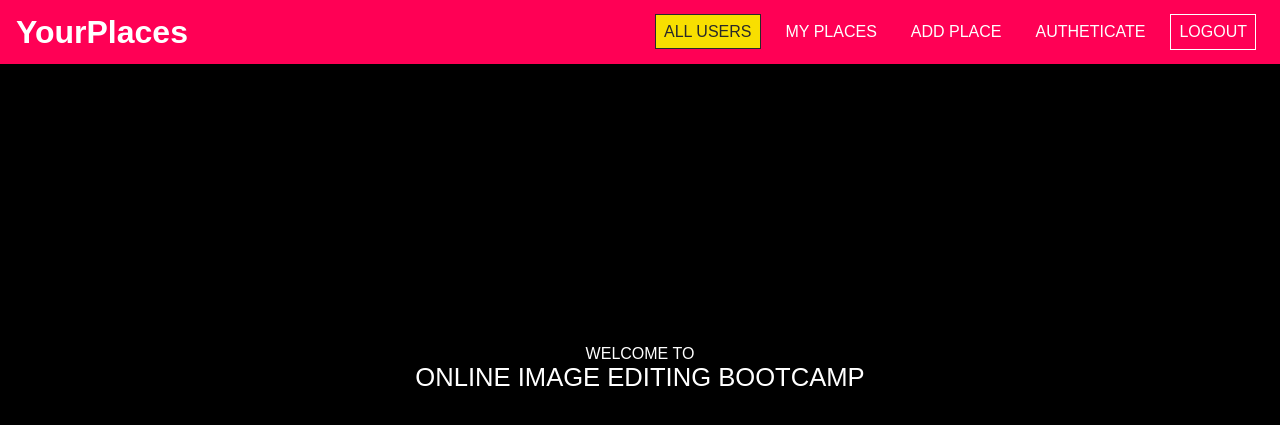
Repository: TanviSanyal/ImageEditingBootcamp
Page: /
These files come from the project's save history. The page is drawn as it stood at one moment and after the next save; the edit follows.
The browser window is 1280 px wide. The pictures show the whole page.
The project was rebuilt for these pictures with package versions that can differ from the ones it lists, and the page was loaded fresh each time. Also part of the build but not shown: src/shared/components/navigation/SideDrawer.css, src/shared/components/UIElements/Backdrop.css, src/shared/components/UIElements/Backdrop.js.

Above is the page before, as saved 2020-09-26 22:50:55.

### public/index.html
<!DOCTYPE html>
<html lang="en">
  <head>
    <meta charset="utf-8" />
    <link rel="icon" href="%PUBLIC_URL%/favicon.ico" />
    <meta name="viewport" content="width=device-width, initial-scale=1" />
    <meta name="theme-color" content="#000000" />
    <meta
      name="description"
      content="Web site created using create-react-app"
    />
    <link rel="apple-touch-icon" href="%PUBLIC_URL%/logo192.png" />
    <link rel="manifest" href="%PUBLIC_URL%/manifest.json" />
    <title>React App</title>
  </head>
  <body>
    <noscript>You need to enable JavaScript to run this app.</noscript>
    <div id="backdrop-hook"></div>
    <div id="modal-hook"></div>
    <div id="drawer-hook"></div>
    <div id="root"></div>
  </body>
</html>

### src/index.css
@import url('https://fonts.googleapis.com/css?family=Open+Sans:400,700&display=swap');

* {
  box-sizing: border-box;
}

html {
  font-family:Arial, Helvetica, sans-serif;
	font-weight:normal;
}

body {
  margin: 0;
  background: black;
}

### src/App.js
import React from 'react';
import {
  BrowserRouter as Router,
  Route,
  Redirect,
  Switch
} from 'react-router-dom';
import './App.css'
import MainNavigation from '../src/shared/components/navigation/MainNavigation';


const App = () => {

  // <Switch>
  //   <Route path="/" exact>
  //     {/* <Users /> */}
  //   </Route>
  //   <Route path="/:userId/places" exact>
  //     {/* <UserPlaces /> */}
  //   </Route>
  //   <Route path="/places/new" exact>
  //     {/* <NewPlace /> */}
  //   </Route>
  //   <Route path='/places/:placeId'>
  //     {/* <UpdatePlace /> */}
  //   </Route>
  //   <Redirect to="/" />
  // </Switch>

  return (
    <Router>
      <MainNavigation />
      <main className="main-body">
        <span className="text1">welcome to</span>
        <span className="text2"> Online Image Editing Bootcamp</span>
      </main>
    </Router>
  );
};

export default App;

### src/App.css
.main-body span{
  color: white;
  text-transform: uppercase;
  display: block;
}
.main-body{
  text-align: center;
  position: absolute;
  top: 40%;
  left:50%;
  transform: translate(-50%,-50%);
}

.text2{
  font-size:160%;
}

### src/shared/components/navigation/MainNavigation.js
import React, { useState } from 'react';
import { Link } from 'react-router-dom';

import MainHeader from './MainHeader';
import NavLinks from './NavLinks';
import SideDrawer from './SideDrawer';
import Backdrop from '../UIElements/Backdrop';
import './MainNavigation.css';

const MainNavigation = props => {
  const [drawerIsOpen, setDrawerIsOpen] = useState(false);

  const openDrawerHandler = () => {
    setDrawerIsOpen(true);
  };

  const closeDrawerHandler = () => {
    setDrawerIsOpen(false);
  };

  return (
    <React.Fragment>
      {drawerIsOpen && <Backdrop onClick={closeDrawerHandler} />}
      <SideDrawer show={drawerIsOpen} onClick={closeDrawerHandler}>
        <nav className="main-navigation__drawer-nav">
          <NavLinks />
        </nav>
      </SideDrawer>

      <MainHeader>
        <button className="main-navigation__menu-btn" onClick={openDrawerHandler}>
          <span />
          <span />
          <span />
        </button>
        <h1 className="main-navigation__title">
          <Link to="/">YourPlaces</Link>
        </h1>
        <nav className="main-navigation__header-nav">
          <NavLinks />
        </nav>
      </MainHeader>
    </React.Fragment>
  );
};

export default MainNavigation;

### src/shared/components/navigation/MainHeader.js
import React from 'react';

import './MainHeader.css';

const MainHeader = props => {
  return <header className="main-header">{props.children}</header>;
};

export default MainHeader;

### src/shared/components/navigation/NavLinks.js
import React,{useContext} from 'react';
import './NavLinks.css';
import {NavLink} from 'react-router-dom';
// import {AuthContext} from '../../context/auth-context';

const NavLinks = props => {

    // const auth = useContext(AuthContext);
    return(
        <ul className="nav-links">
            <li>
                <NavLink to="/" exact>ALL USERS</NavLink>
            </li>
           <li>
                <NavLink to="/u1/places">MY PLACES</NavLink>
            </li>
           <li>
                <NavLink to="/places/new">ADD PLACE</NavLink>
            </li>
            <li>
                <NavLink to="/auth">AUTHETICATE</NavLink>
            </li>
             <li><button >LOGOUT</button></li>
        </ul>
    );
};

export default NavLinks;

### src/shared/components/navigation/MainNavigation.css
.main-navigation__menu-btn {
    width: 3rem;
    height: 3rem;
    background: transparent;
    border: none;
    display: flex;
    flex-direction: column;
    justify-content: space-around;
    margin-right: 2rem;
    cursor: pointer;
  }

  .main-navigation__menu-btn span {
    display: block;
    width: 3rem;
    height: 2.5px;
    background: white;
  }

  .main-navigation__title {
    color: white;
  }

  .main-navigation__title a {
    text-decoration: none;
    color: white;
  }

  .main-navigation__header-nav {
    display: none;
  }

  .main-navigation__drawer-nav {
    height: 100%;
  }

  @media (min-width: 768px) {
    .main-navigation__menu-btn {
      display: none;
    }

    .main-navigation__header-nav {
      display: block;
    }
  }

### src/shared/components/navigation/NavLinks.css
.nav-links {
    list-style: none;
    margin: 0;
    padding: 0;
    width: 100%;
    height: 100%;
    display: flex;
    flex-direction: column;
    justify-content: center;
    align-items: center;
  }

  .nav-links li {
    margin: 1rem;
  }

  .nav-links a {
    border: 1px solid transparent;
    color: #292929;
    text-decoration: none;
    padding: 0.5rem;
  }

  .nav-links a:hover,
  .nav-links a:active,
  .nav-links a.active {
    background: #f8df00;
    border-color: #292929;
    color: #292929;
  }

  .nav-links button {
    cursor: pointer;
    border: 1px solid #292929;
    color: #292929;
    background: transparent;
    padding: 0.5rem;
    font: inherit;
  }

  .nav-links button:focus {
    outline: none;
  }

  .nav-links button:hover,
  .nav-links button:active {
    background: #292929;
    color: white;
  }

  @media (min-width: 768px) {
    .nav-links {
      flex-direction: row;
    }

    .nav-links li {
      margin: 0 0.5rem;
    }

    .nav-links a {
      color: white;
      text-decoration: none;
    }

    .nav-links button {
      border: 1px solid white;
      color: white;
      background: transparent;
    }

    .nav-links button:hover,
    .nav-links button:active {
      background: #f8df00;
      color: #292929;
    }
  }

Loaded but not shown: src/index.js (common file); src/shared/components/navigation/SideDrawer.js (common file); src/shared/components/navigation/MainHeader.css (common file)

After the next save:
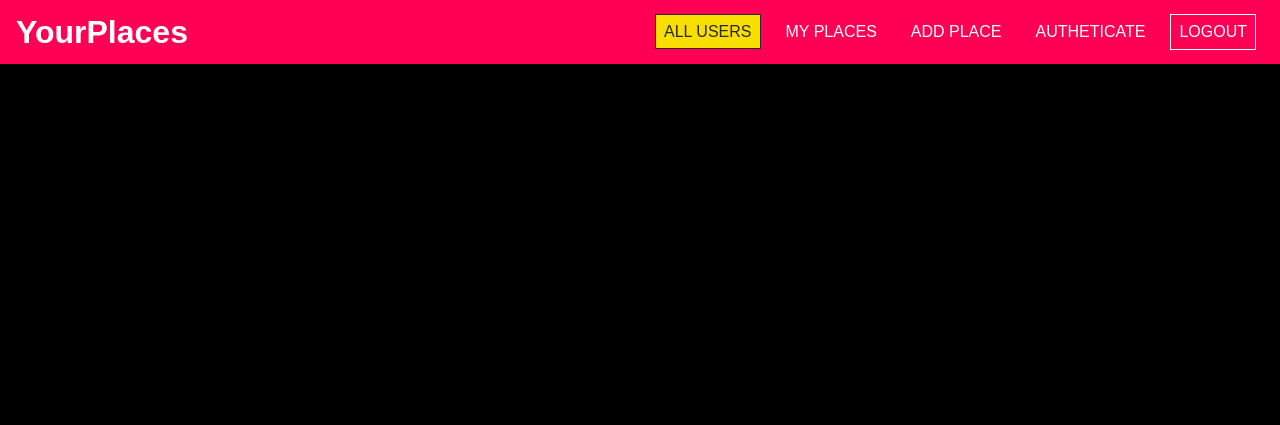
Saved 2 min 15 s later.
--- a/src/App.js
+++ b/src/App.js
@@ -31,8 +31,8 @@ const App = () => {
     <Router>
       <MainNavigation />
       <main className="main-body">
-        <span className="text1">welcome to</span>
-        <span className="text2"> Online Image Editing Bootcamp</span>
+        <h1 className="text1">welcome to</h1>
+        <h1 className="text2"> Online Image Editing Bootcamp</h1>
       </main>
     </Router>
   );
